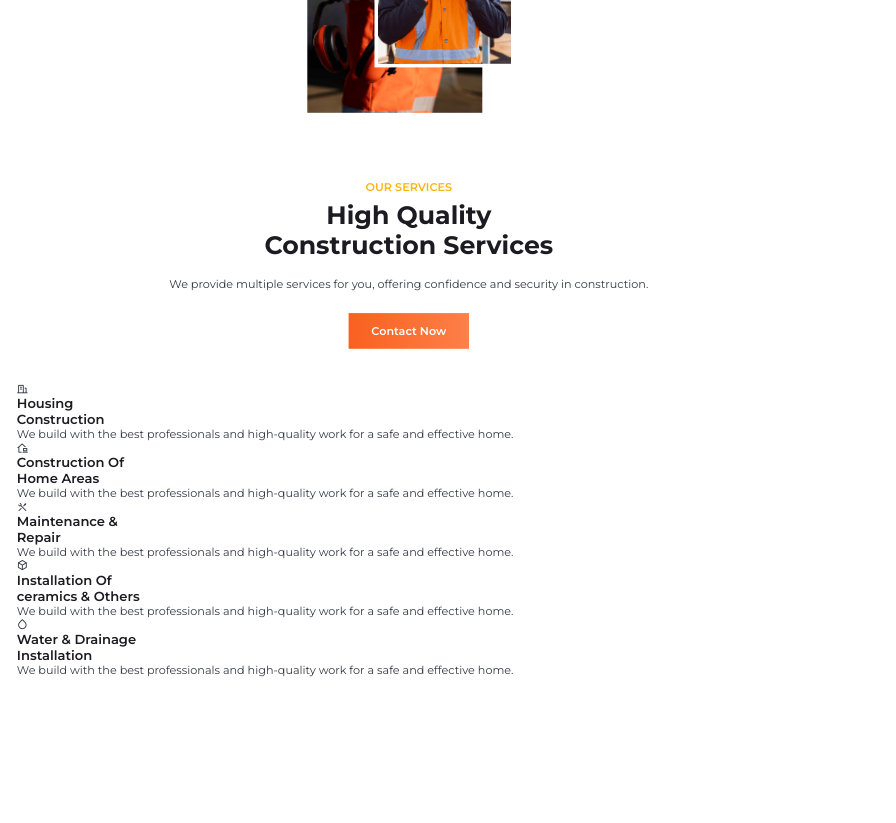
Repository: douglasabnovato/construction
Page: index.html
The author's editor kept a copy of each file at every save. The page is drawn from the files as they stood at one save, then again after the next save.
The browser window is 1280 px wide. The pictures show the part of the page from y = 2485 to 4405 px (the page is 3660 px tall before and 4405 px after), at 70% of full size.

Above is the page before, as saved 2025-05-01 13:02:32.

After the next save:
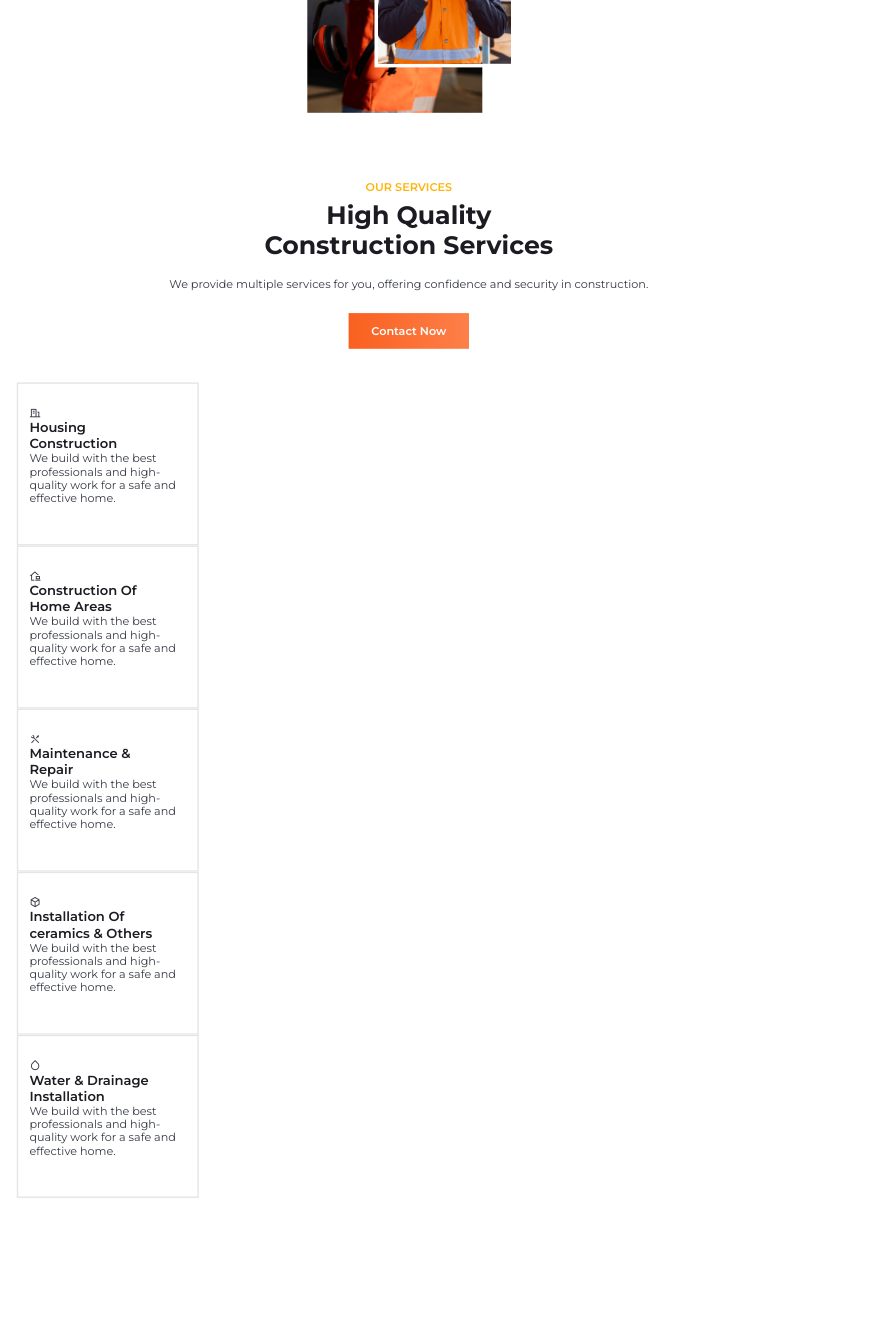
Saved 102 s later.
--- a/assets/css/styles.css
+++ b/assets/css/styles.css
@@ -422,6 +422,15 @@ img {
   margin-bottom: 2rem;
 }
 
+.services__card{
+  width: 260px;
+  background-color: var(--container-color);
+  border: 2px solid var(--gray-border);
+  padding: 2rem 1rem 3.5rem;
+  transition: border-color .4s;
+}
+
+
 /* Swiper class */
 
 /*=============== PROJECTS ===============*/
